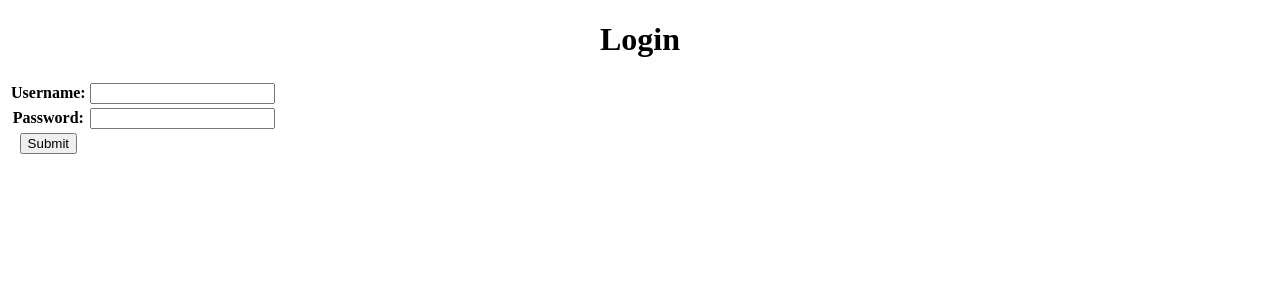
Repository: Sourabhmag/week-5
Page: http://localhost/LoginApp/login.jsp
The author's editor kept a copy of each file at every save. The page is drawn from the files as they stood at one save, then again after the next save.
The browser window is 1280 px wide. The pictures show the whole page.
The page is served by Tomcat 9.

Above is the page before, as saved 2019-11-06 10:29:29.

After the next save:
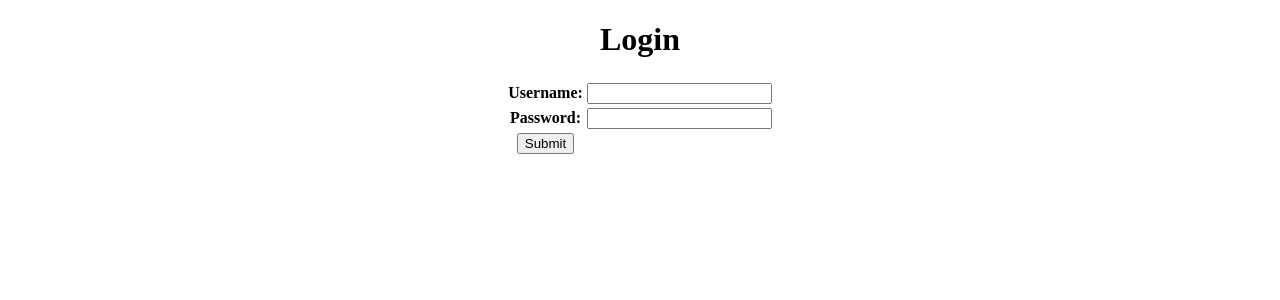
Saved 43 s later.
--- a/LoginApp/WebContent/login.jsp
+++ b/LoginApp/WebContent/login.jsp
@@ -16,7 +16,8 @@
 <body>
 	<h1>Login</h1>
 	<form>
-	<table>
+	<table align="center"
+	>
 		<tr><th >Username:</th> <th ><input type="text" name="firstname"></th></tr>
 		<tr><th >Password:</th> <th ><input type="password" name="firstname"></th></tr>
 		<tr><th align="center" ><input type="submit" name="submit"></th></tr>
